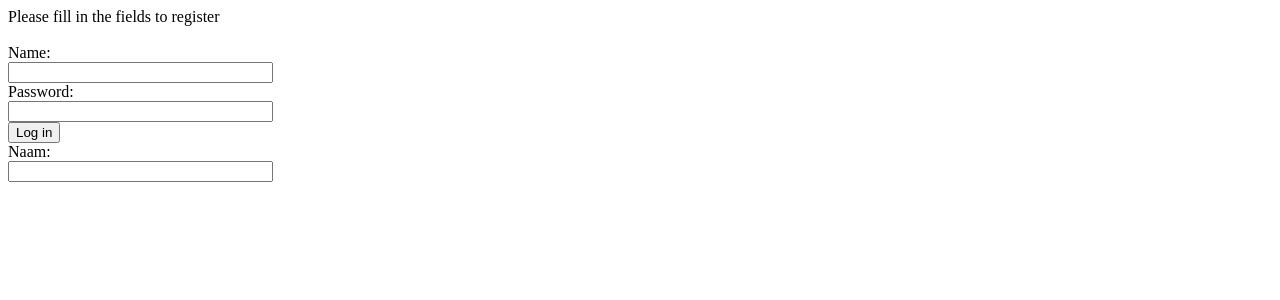
Repository: marcojansen/WebTechnologie2.1
Page: TheRoomRental/WebContent/register.html
The author's editor kept a copy of each file at every save. The page is drawn from the files as they stood at one save, then again after the next save.
The browser window is 1280 px wide. The pictures show the whole page.

Above is the page before, as saved 2014-09-02 11:36:08.

### TheRoomRental/WebContent/register.html
<!DOCTYPE html>
<html>
<head>
<meta charset="US-ASCII">
<title>Register</title>
</head>
<body>
Please fill in the fields to register <BR><BR>
<FORM method = "get">
Name: <BR> <INPUT TYPE="text" NAME="Name" SIZE="30"><BR>
Password: <BR> <Input TYPE="password" NAME="Password" SIZE="30"><BR>
<input type="submit" value="Log in">
</FORM>

<FORM METHOD="post" >
Naam: <BR> <INPUT TYPE="text" NAME="Name" SIZE="30"><BR>
</FORM>

</body>
</html>

After the next save:
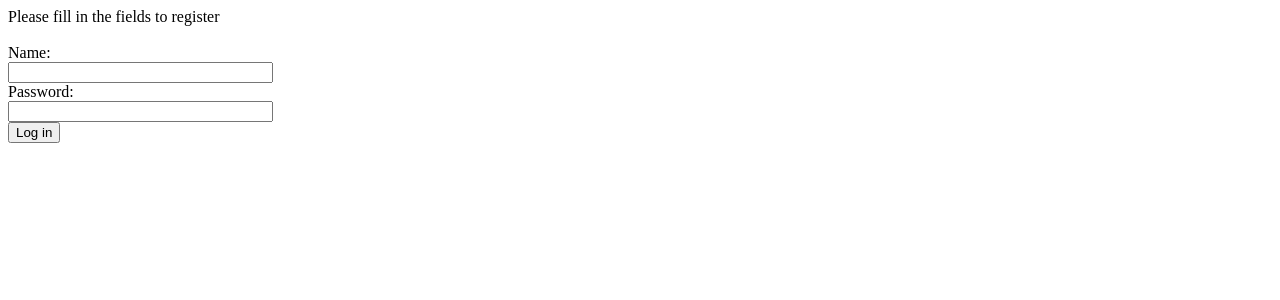
Saved 5 s later.
--- a/TheRoomRental/WebContent/register.html
+++ b/TheRoomRental/WebContent/register.html
@@ -12,9 +12,5 @@ Password: <BR> <Input TYPE="password" NAME="Password" SIZE="30"><BR>
 <input type="submit" value="Log in">
 </FORM>
 
-<FORM METHOD="post" >
-Naam: <BR> <INPUT TYPE="text" NAME="Name" SIZE="30"><BR>
-</FORM>
-
 </body>
 </html>
